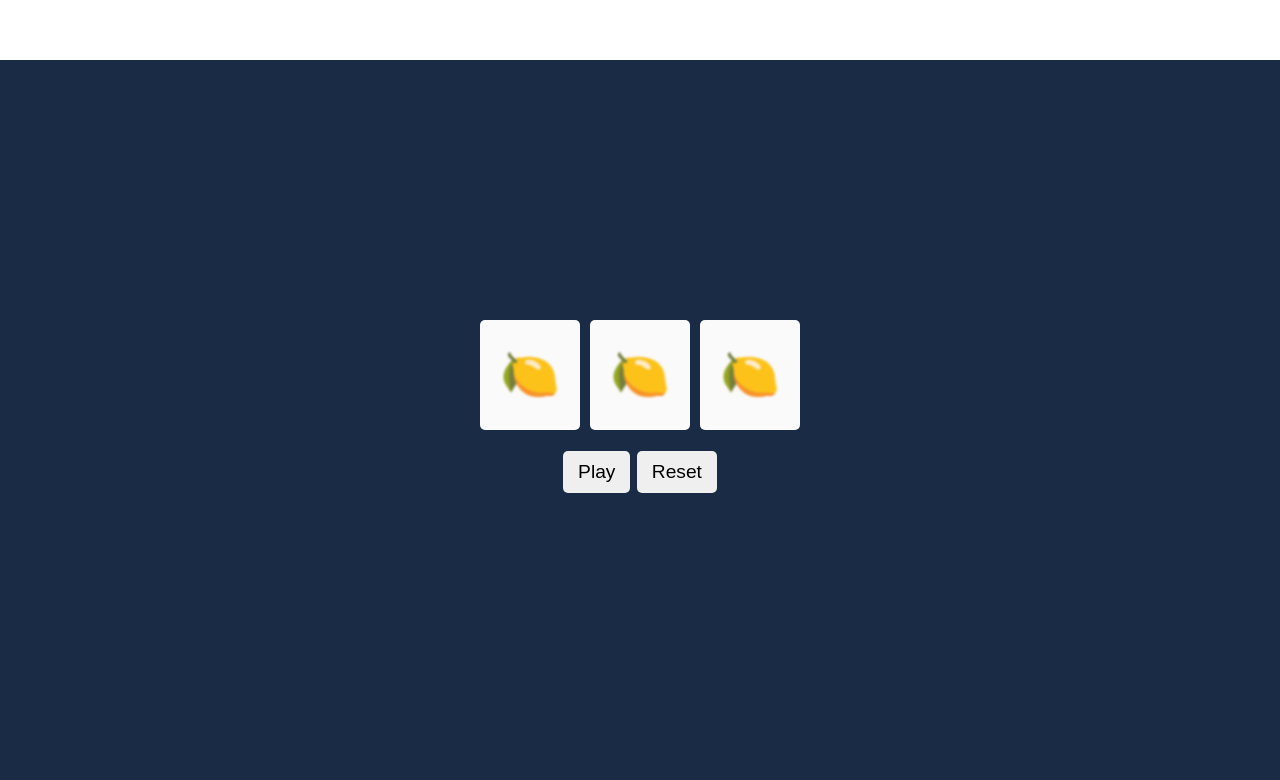
Repository: HERBOD7/slotmachine
Page: /
An editor plug-in stored every save of this project. The page is shown before and after the next save, followed by the edit.
The browser window is 1280 px wide. The pictures show the whole page.
The project was rebuilt for these pictures with package versions that can differ from the ones it lists, and the page was loaded fresh each time. Also part of the build but not shown: vue.config.js.

Above is the page before, as saved 2023-07-22 23:27:15.

After the next save:
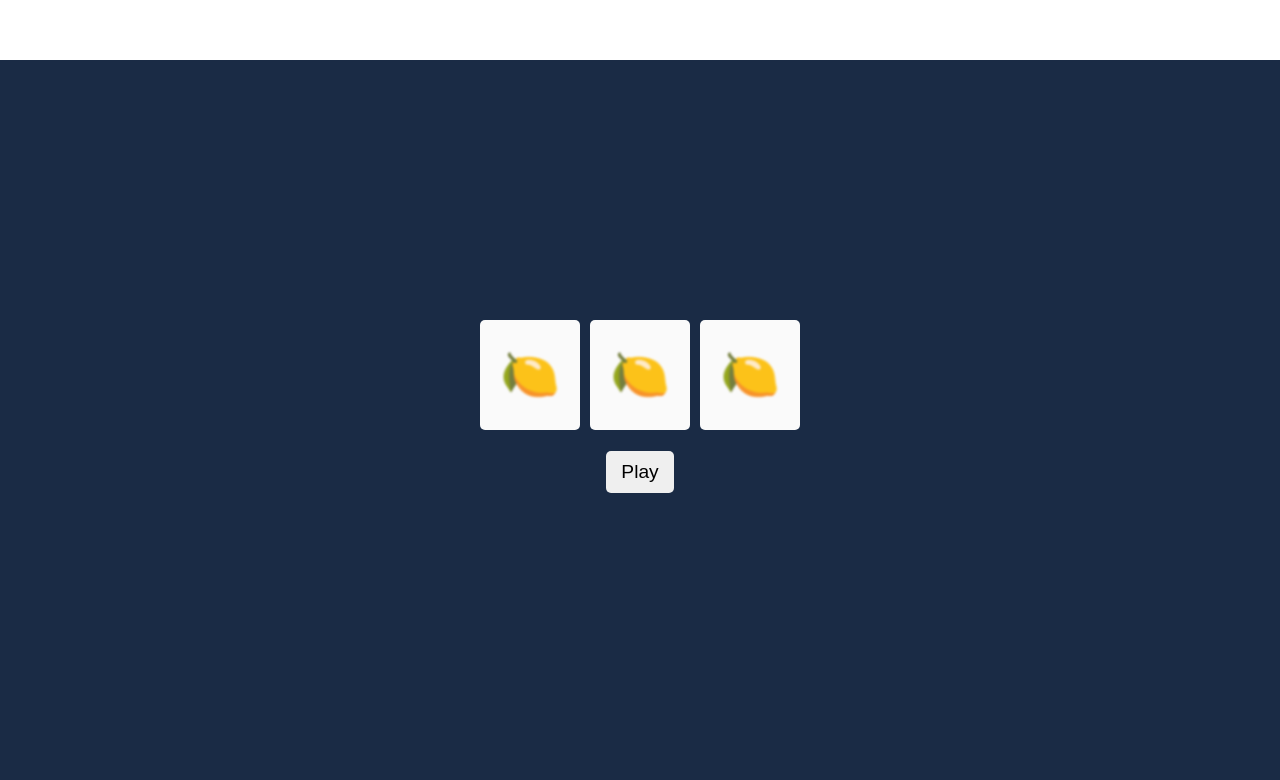
Saved 36 s later.
--- a/src/App.vue
+++ b/src/App.vue
@@ -15,8 +15,7 @@
     </div>
 
     <div class="buttons">
-      <button @click="init" id="spinner">Play</button>
-      <button @click="init" id="reseter">Reset</button>
+      <button @click="spin" id="spinner">Play</button>
     </div>
   </div>
 </template>
@@ -44,7 +43,7 @@ export default {
     // this.init();
   },
   methods: {
-    init() {
+    spin() {
       for (let i = 0; i < 3; i++) {
         // const arr = [];
         // for (let n = 0; n < (groups > 0 ? groups : 1); n++) {
@@ -62,9 +61,6 @@ export default {
     leaveTransition() {
       this.transitionend = true;
       console.log("end");
-    },
-    async spin() {
-      this.init();
     },
     shuffle(array) {
       for (let i = array.length - 1; i > 0; i--) {
